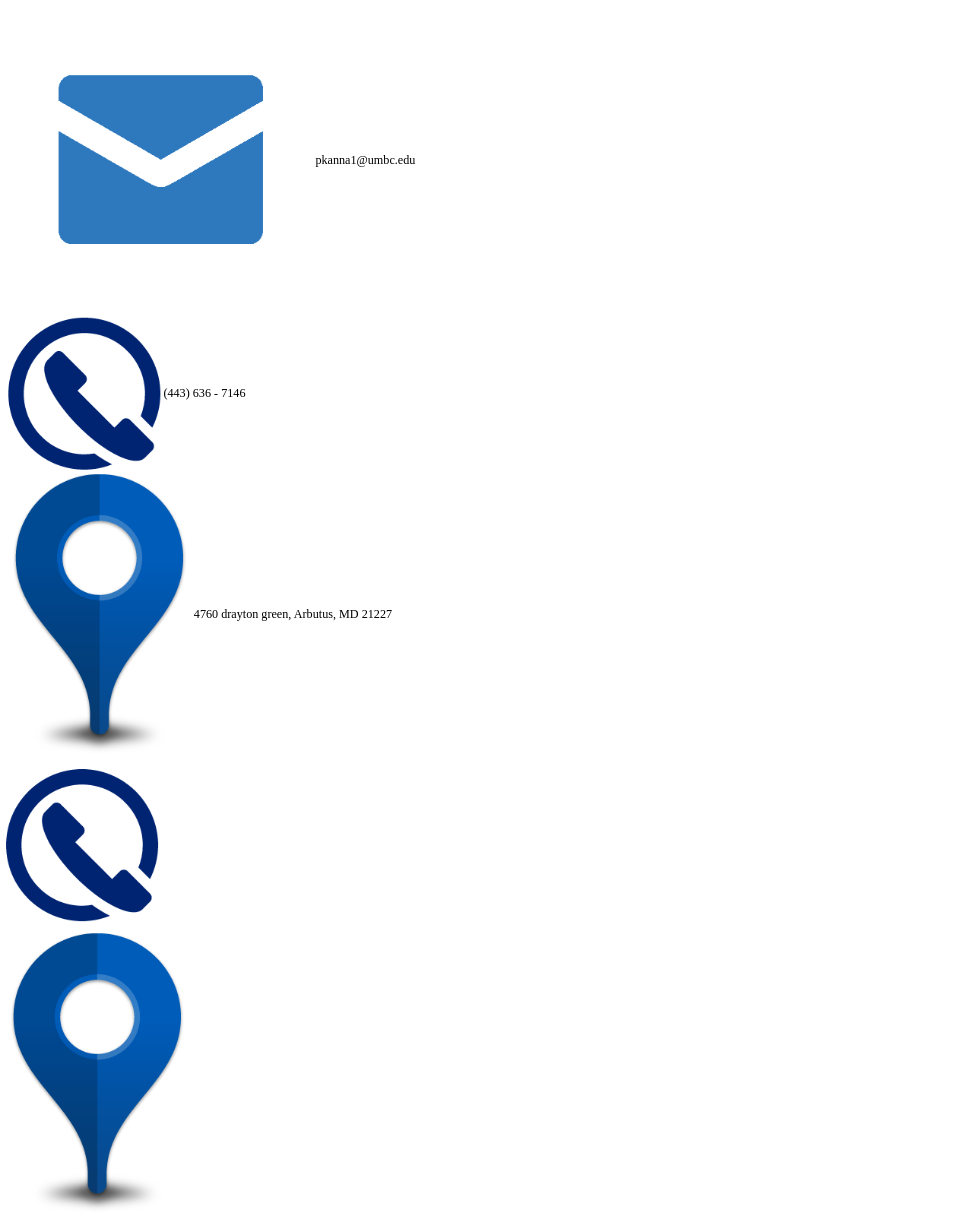
Repository: phanindrakannaji/Resume
Page: http://localhost/application/pages/contact.php
These files come from the project's save history. The page is drawn as it stood at one moment and after the next save; the edit follows.
The browser window is 1280 px wide. The pictures show the whole page, at 76% of full size.
The page is run by PHP 8.4 with error messages shown; the project is at /var/www/html/.

Above is the page before, as saved 2016-09-25 02:03:28.
Console error: ReferenceError: $ is not defined

After the next save:
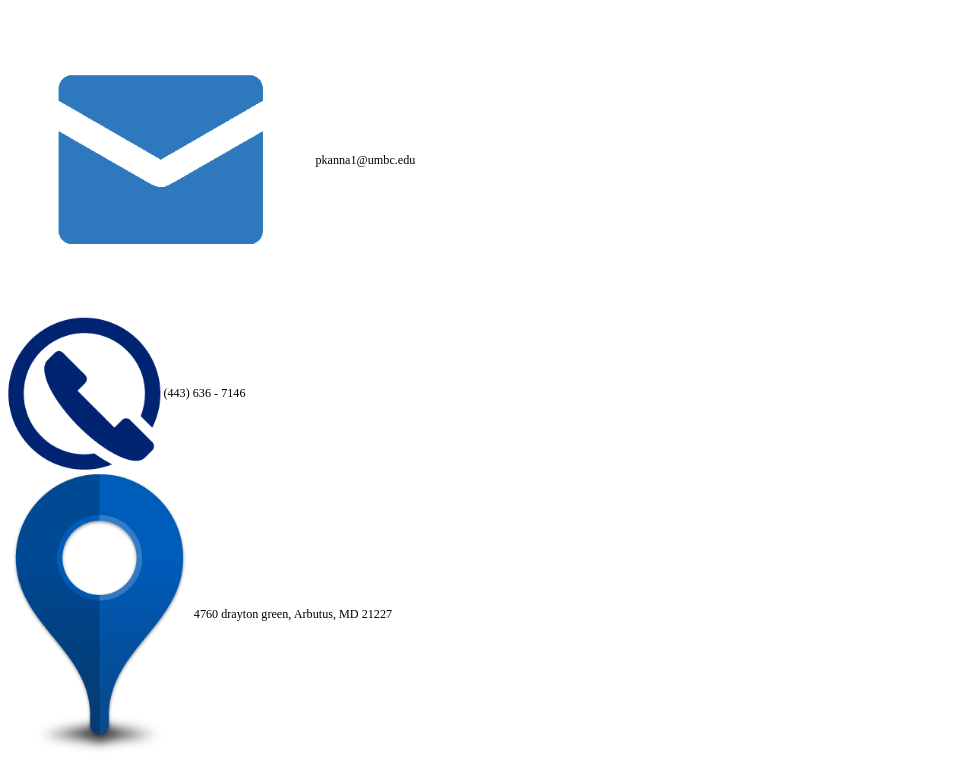
Saved 4 s later.
--- a/Resume/application/pages/contact.php
+++ b/Resume/application/pages/contact.php
@@ -30,10 +30,3 @@
 		</tr>
 	</tbody>
 </table>
-
-<p>
-	<img src="../resources/images/phonelogo.png" />
-</p>
-<p>
-	<img src="../resources/images/addresslogo.png" />
-</p>
